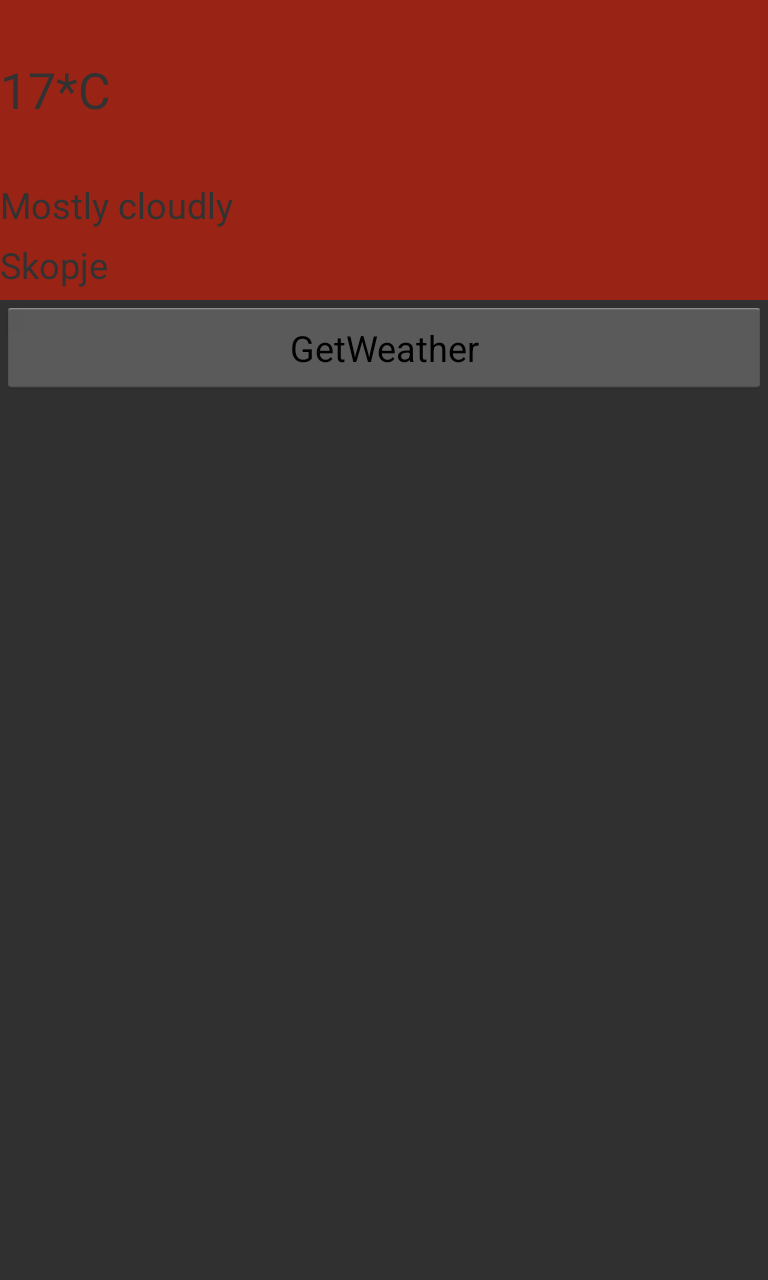
Repository: randhika/WeatherApp
Layout: WeatherApp/res/layout/home_fragment_layout.xml
The author's editor kept a copy of each file at every save. The layout is drawn from the files as they stood at one save, then again after the next save.
It is drawn on a 768 x 1280 px phone screen (xhdpi) without system bars, with theme AppTheme; the app's code is not run.

Above is the layout before, as saved 2014-04-27 10:40:38.

After the next save:
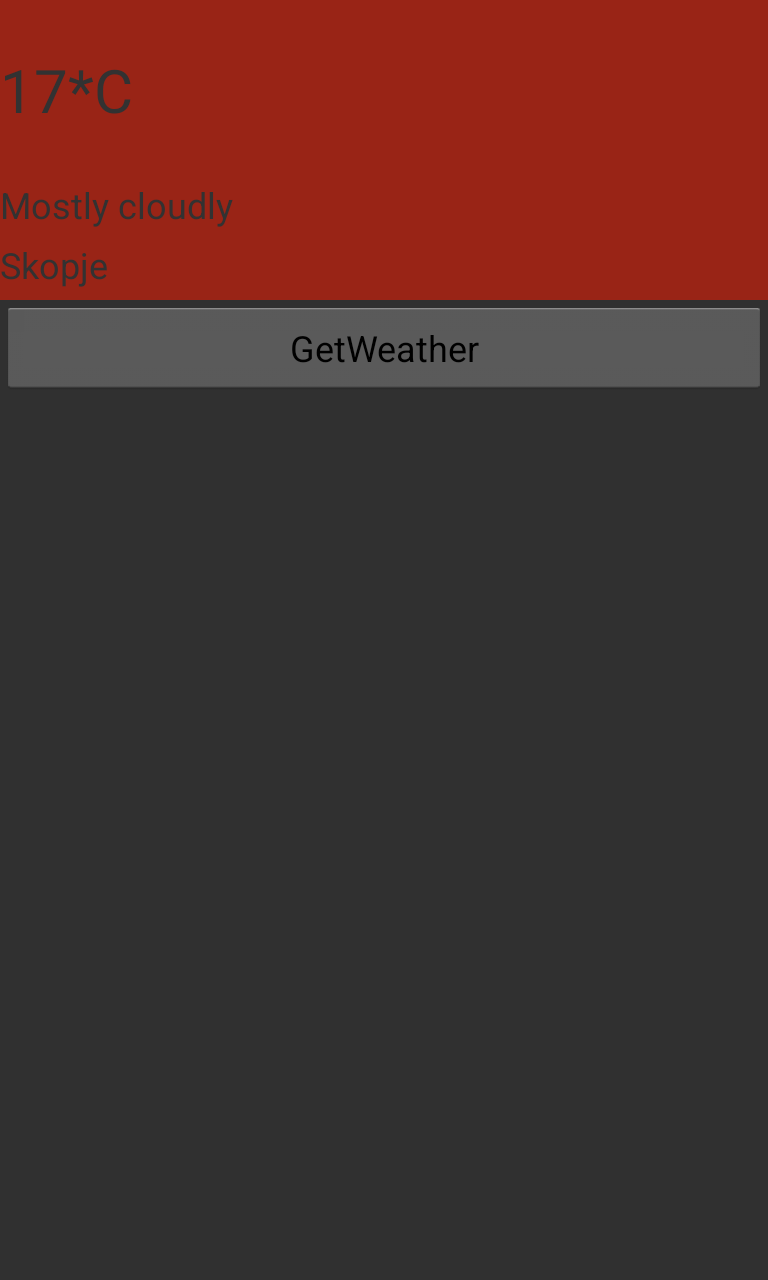
Saved 12 s later.
--- a/WeatherApp/res/layout/home_fragment_layout.xml
+++ b/WeatherApp/res/layout/home_fragment_layout.xml
@@ -15,7 +15,7 @@
             android:id="@+id/tv_temperature"
             android:layout_width="match_parent"
             android:layout_height="0dp"
-            android:textSize="25sp"
+            android:textSize="30sp"
             android:gravity="center_vertical"
             android:text="17*C"
             android:layout_weight="0.3" />
